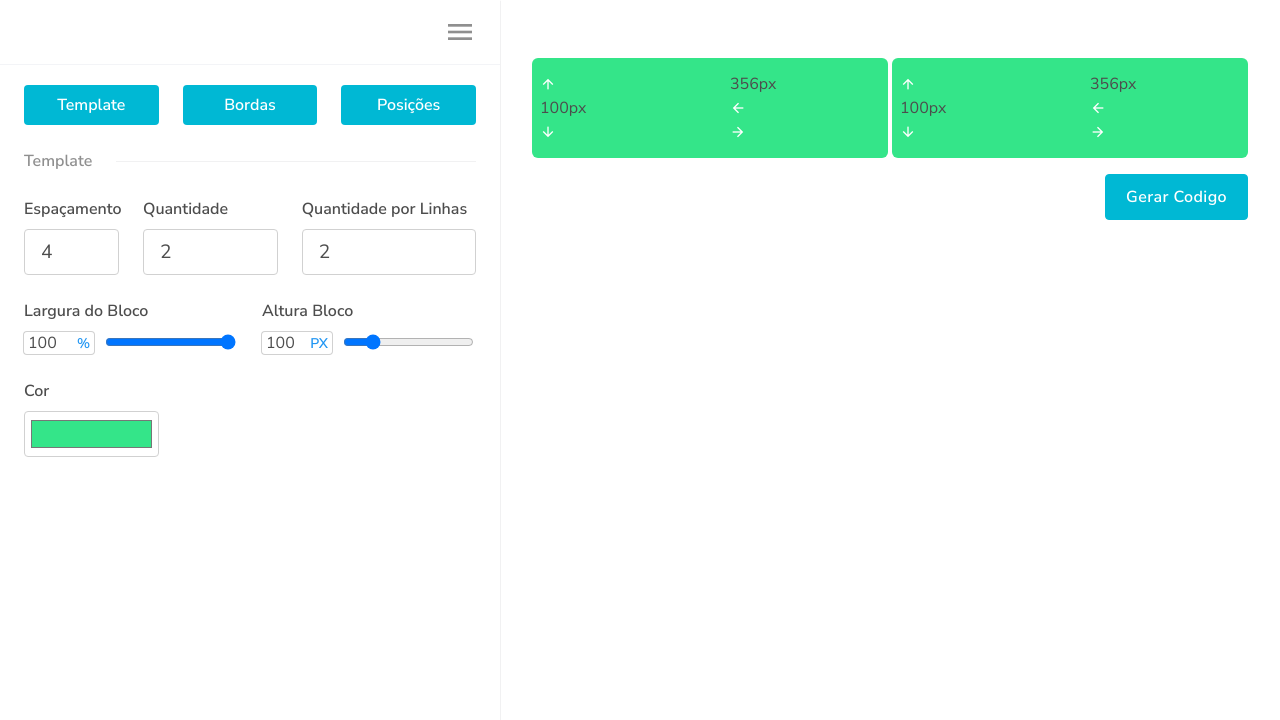
Repository: Flintdl/lowcode-elements
Page: /
The author's editor kept a copy of each file at every save. The page is drawn from the files as they stood at one save, then again after the next save.
The browser window is 1280 px wide. The pictures show the whole page.
The project was rebuilt for these pictures with package versions that can differ from the ones it lists, and the page was loaded fresh each time. Also part of the build but not shown: vue.config.js.

Above is the page before, as saved 2022-04-06 11:45:47.

After the next save:
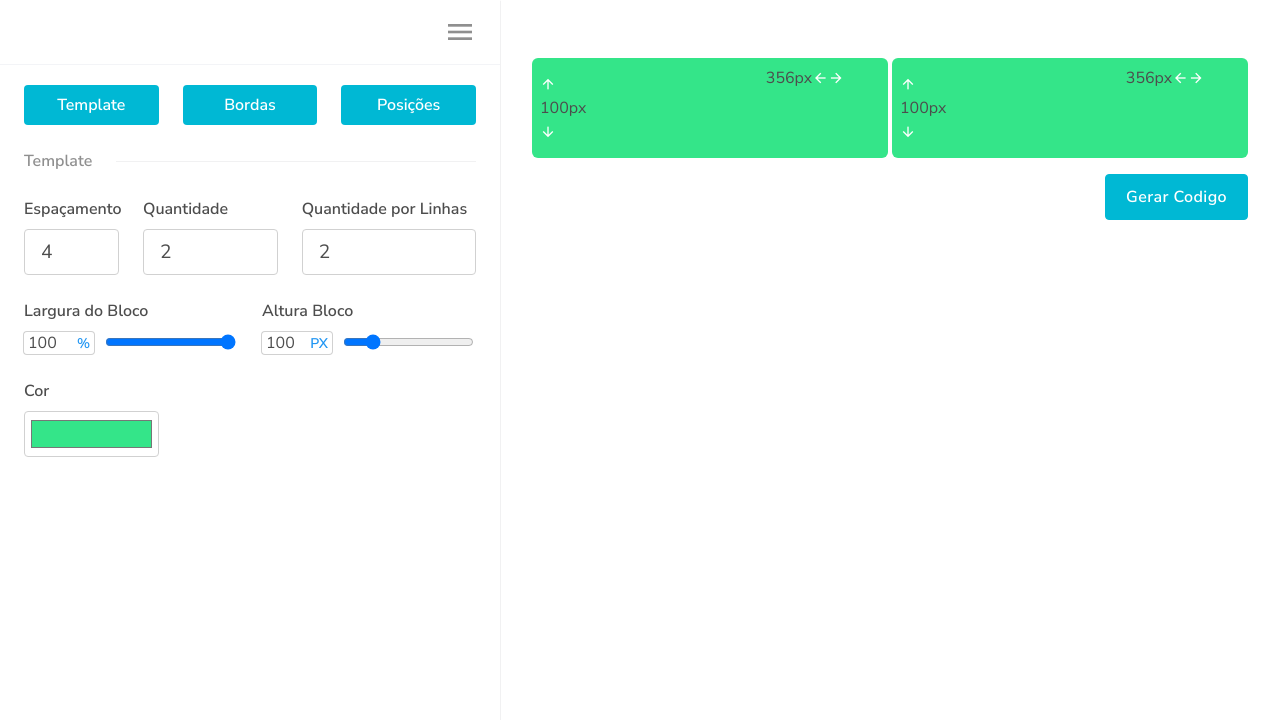
Saved 4 s later.
--- a/src/components/templates/DivGrid.vue
+++ b/src/components/templates/DivGrid.vue
@@ -20,7 +20,7 @@
       </div>
       <div class="sf-col-6">
         <div
-          class="sf-p-2 sf-height-100 sf-display-flex sf-flex-column sf-justify-content-center"
+          class="sf-p-2 sf-height-100 sf-display-flex sf-flex-row sf-justify-content-center"
         >
           {{ larguraPixel }}px
           <i
